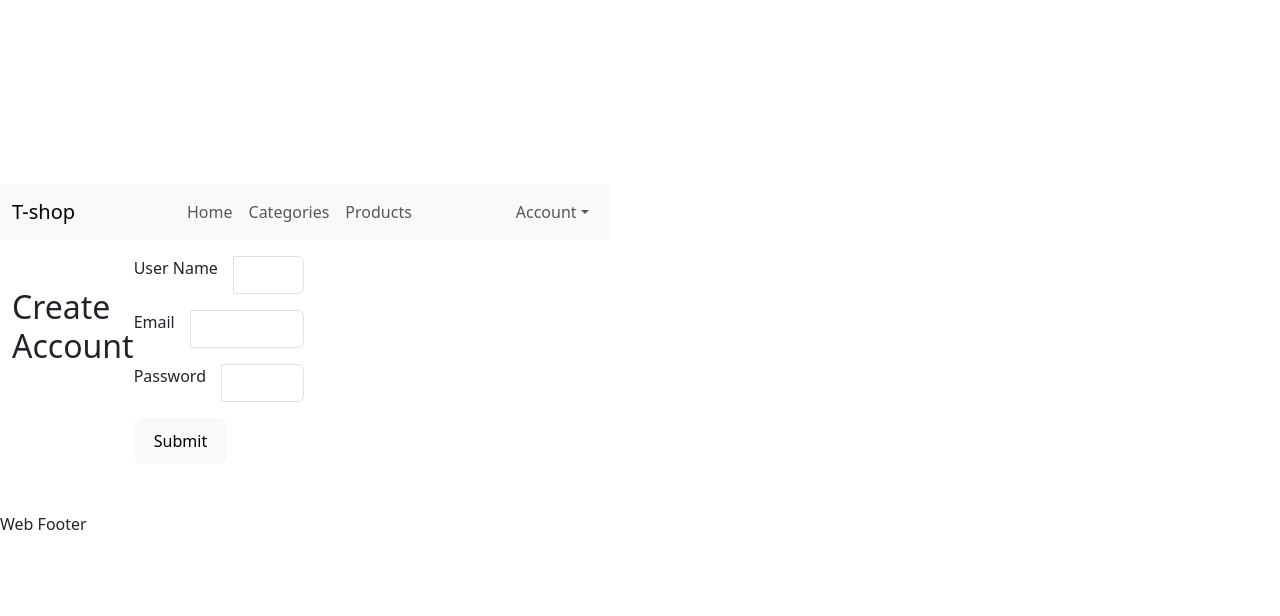
Repository: HadelAbdellatif/ecommerce1
Page: /register
These files come from the project's save history. The page is drawn as it stood at one moment and after a run of saves; the edit follows.
The browser window is 1280 px wide. The pictures show the whole page.
The project was rebuilt for these pictures with package versions that can differ from the ones it lists, and the page was loaded fresh each time. Also part of the build but not shown: vite.config.js, src/components/web/home/Home.jsx, src/components/web/categories/Categories.jsx, src/components/dashboard/navbar/Navbar.jsx, src/components/dashboard/footer/Footer.jsx, src/layouts/DashboardLayout.jsx, src/components/dashboard/home/Home.jsx, src/components/dashboard/categories/Categories.jsx.

Above is the page before, as saved 2023-11-25 15:07:29.

### src/main.jsx
import React from 'react'
import ReactDOM from 'react-dom/client'

import '../node_modules/bootstrap/dist/css/bootstrap.min.css'
import '../node_modules/bootstrap/dist/js/bootstrap.bundle.min.js'

import { ToastContainer } from 'react-toastify';
import 'react-toastify/dist/ReactToastify.css';

import App from './App.jsx'
import './index.css'

ReactDOM.createRoot(document.getElementById("root")).render(
  <App />
);

### src/App.jsx
import React from 'react'
import {router} from './layouts/Routes.jsx'
import axios from 'axios'
import { ToastContainer } from 'react-toastify';
import {createBrowserRouter, RouterProvider, } from "react-router-dom";



export default function App() {
  return (
    <RouterProvider router={router} />
  )
}

### src/layouts/Routes.jsx

import {createBrowserRouter, RouterProvider, } from "react-router-dom";

import Layout from "./Layout.jsx";
import Home from "./../components/web/home/Home.jsx";
import Categories from "./../components/web/categories/Categories.jsx";
import Register from "../components/web/register/Register.jsx";

import DashboardLayout from "../layouts/DashboardLayout.jsx";
import DashboardHome from "../components/dashboard/home/Home.jsx";
import DashboardCategories from "../components/dashboard/categories/Categories.jsx";


export const router = createBrowserRouter([
    {
      path: "/",
      element: <Layout />,
      children:[
        {
          path:'home',
          element: <Home />
        },
        {
          path:'categories',
          element: <Categories />
        },
        {
          path:'register',
          element: <Register />
        },
        {
          path:'*',
          element: <h2 className='fst-italic'>page not found --- web</h2>
        }
      ]
    },
    {
      path:"/dashboard",
      element: <DashboardLayout />,
      children:[
        {
          path:'home',
          element: <DashboardHome />
        },
        {
          path:'categories',
          element: <DashboardCategories />
        },
        {
          path:'*',
          element: <h2 className='fst-italic'>page not found --- dashboard</h2>
        }
      ]
    }

  ]);

### src/layouts/Layout.jsx
import React from 'react'
import Navbar from '../components/web/navbar/Navbar'
import Footer from '../components/web/footer/Footer'
import { Outlet } from 'react-router-dom'

export default function Layout() {
    return (
        <>
            <Navbar />
            <Outlet />
            <Footer />
        </>
    )
}

### src/components/web/register/Register.jsx
import React from 'react'
import Input from '../../shared/Input';
import { useFormik } from 'formik';
import { registerSchema } from '../Validate';

export default function Register() {

    const onSubmit = values => {
        console.log(values);
    }

    const initialValues = {
        userName: '',
        email: '',
        password: '',
    }

    const formik = useFormik({  //like backend
        initialValues
        ,
        onSubmit
        ,
        validationSchema: registerSchema
        /*  validate: values => {
              let errors = {};
              if (!values.userName) {
                  errors.userName = "user name is required";
              }
              if (!values.email) {
                  errors.email = "email is required";
              }
              if (!values.password) {
                  errors.password = "password is required";
              }

              return errors;
          }
          */
    });


    const inputs = [
        {
            id: 'username',
            type: 'text',
            name: 'userName',  //like backend
            title: 'User Name',
            value: formik.values.userName,  //like backend
        },
        {
            id: 'email',
            type: 'email',
            name: 'email', //like backend
            title: 'Email',
            value: formik.values.email, //like backend

        },
        {
            id: 'password',
            type: 'password',
            name: 'password', //like backend
            title: 'Password',
            value: formik.values.password, //like backend
        },
    ];


    const renderInputs = inputs.map((input, index) =>
        <Input
            type={input.type}
            id={input.id}
            name={input.name}
            title={input.title}
            value={input.value}
            onChange={formik.handleChange}
            errors={formik.errors}
            onBlur={formik.handleBlur}
            touched={formik.touched}
            key={index} />
    )


    return (
        <>
            <div className="container">

                <div className='w-50 d-flex '>
                    <h2 className='mt-5'>Create Account</h2>
                    <form className='mb-5' onSubmit={formik.handleSubmit}>
                        {renderInputs}

                        <button type='submit' disabled={!formik.isValid}>Submit</button>
                    </form>
                </div>
            </div>
        </>
    )
}

### src/components/web/navbar/Navbar.jsx
import React from 'react'
import { Link } from 'react-router-dom'

export default function Navbar() {
  return (
    <>
      <nav className="navbar navbar-expand-lg bg-body-tertiary">
        <div className="container">
          <a className="navbar-brand" href="#">T-shop</a>
          <button className="navbar-toggler" type="button" data-bs-toggle="collapse" data-bs-target="#navbarSupportedContent" aria-controls="navbarSupportedContent" aria-expanded="false" aria-label="Toggle navigation">
            <span className="navbar-toggler-icon" />
          </button>
          <div className="collapse navbar-collapse" id="navbarSupportedContent">
            <ul className="navbar-nav m-auto mb-2 mb-lg-0">

              <li className="nav-item">
                <a className="nav-link" href="#">Home</a>
              </li>


              <li className="nav-item">
                <a className="nav-link" href="#">Categories</a>
              </li>


              <li className="nav-item">
                <a className="nav-link" href="#">Products</a>
              </li>


            </ul>
            <ul className="navbar-nav">
              <li className="nav-item dropdown">
                <a className="nav-link dropdown-toggle" href="#" role="button" data-bs-toggle="dropdown" aria-expanded="false">
                  Account
                </a>
                <ul className="dropdown-menu ">
                  <li><Link  to={"/register"} className="dropdown-item" href="#">register</Link></li>
                  <li><hr className="dropdown-divider" /></li>
                  <li><a className="dropdown-item" href="#">login</a></li>
                </ul>
              </li>
            </ul>

          </div>
        </div>
      </nav>

    </>
  )
}

### src/components/web/footer/Footer.jsx
import React from 'react'

export default function Footer() {
  return (
    <div>Web Footer</div>
  )
}

### src/components/shared/Input.jsx
import React from 'react'

export default function Input({ id, title, type = 'text', name, value, onChange, errors, onBlur, touched }) {
    return (
        <>
            <div className="input-group my-3">
                <label htmlFor={id} className='me-3'>{title}</label>
                <input type={type} name={name} className="form-control" id={id} value={value} onChange={onChange} onBlur={onBlur}/>
                {touched[name] && errors[name] && <p className='text text-danger'>{errors[name]}</p>}
            </div>
        </>
    )
}

### src/components/web/Validate.js
import * as yup from 'yup';

export const registerSchema = yup.object({
    userName: yup.string().required("username is required").min(3, "must be at least 3 char").max(30, "max is 30 char"),
    email: yup.string().required("email is required").email(),
    password: yup.string().required("password is required").min(3, "must be at least 3 char").max(30, "max is 30 char"),

})

Loaded but not shown: index.html (common file); src/index.css (common file)

After the next 2 saves:
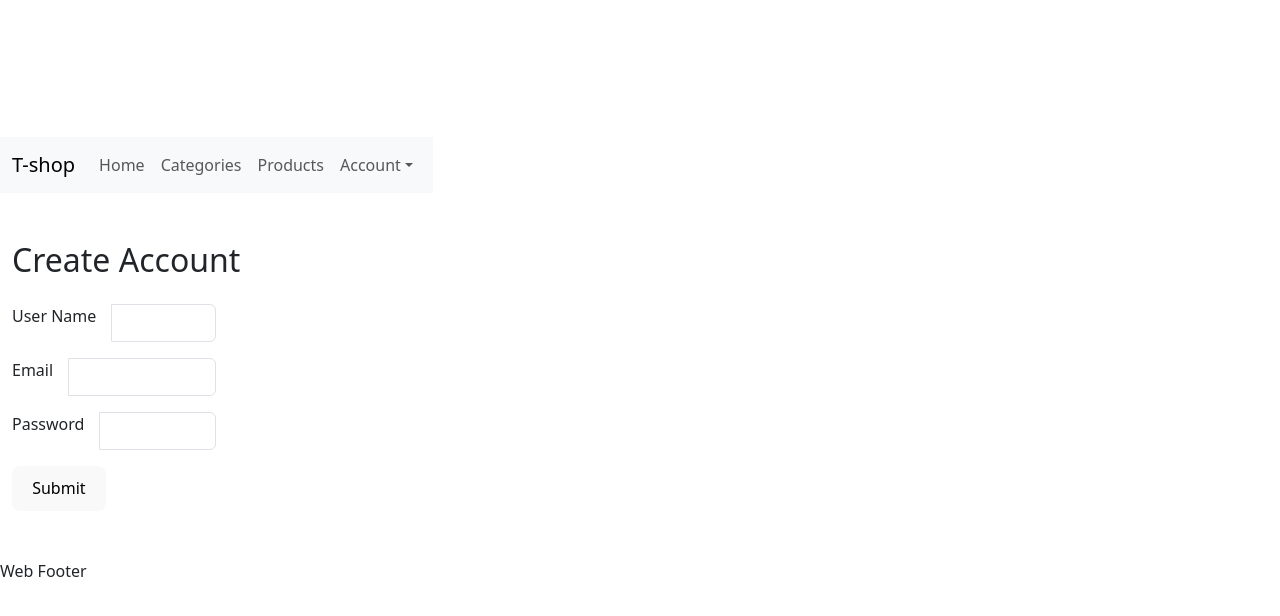
The 2 saves are shown as one change because they came seconds apart.
The last was saved 16 s later.
--- a/src/components/web/register/Register.jsx
+++ b/src/components/web/register/Register.jsx
@@ -83,9 +83,9 @@ export default function Register() {
     return (
         <>
             <div className="container">
+            <h2 className='mt-5'>Create Account</h2>
+                <div className='w-50 d-flex '>
 
-                <div className='w-50 d-flex '>
-                    <h2 className='mt-5'>Create Account</h2>
                     <form className='mb-5' onSubmit={formik.handleSubmit}>
                         {renderInputs}
 
